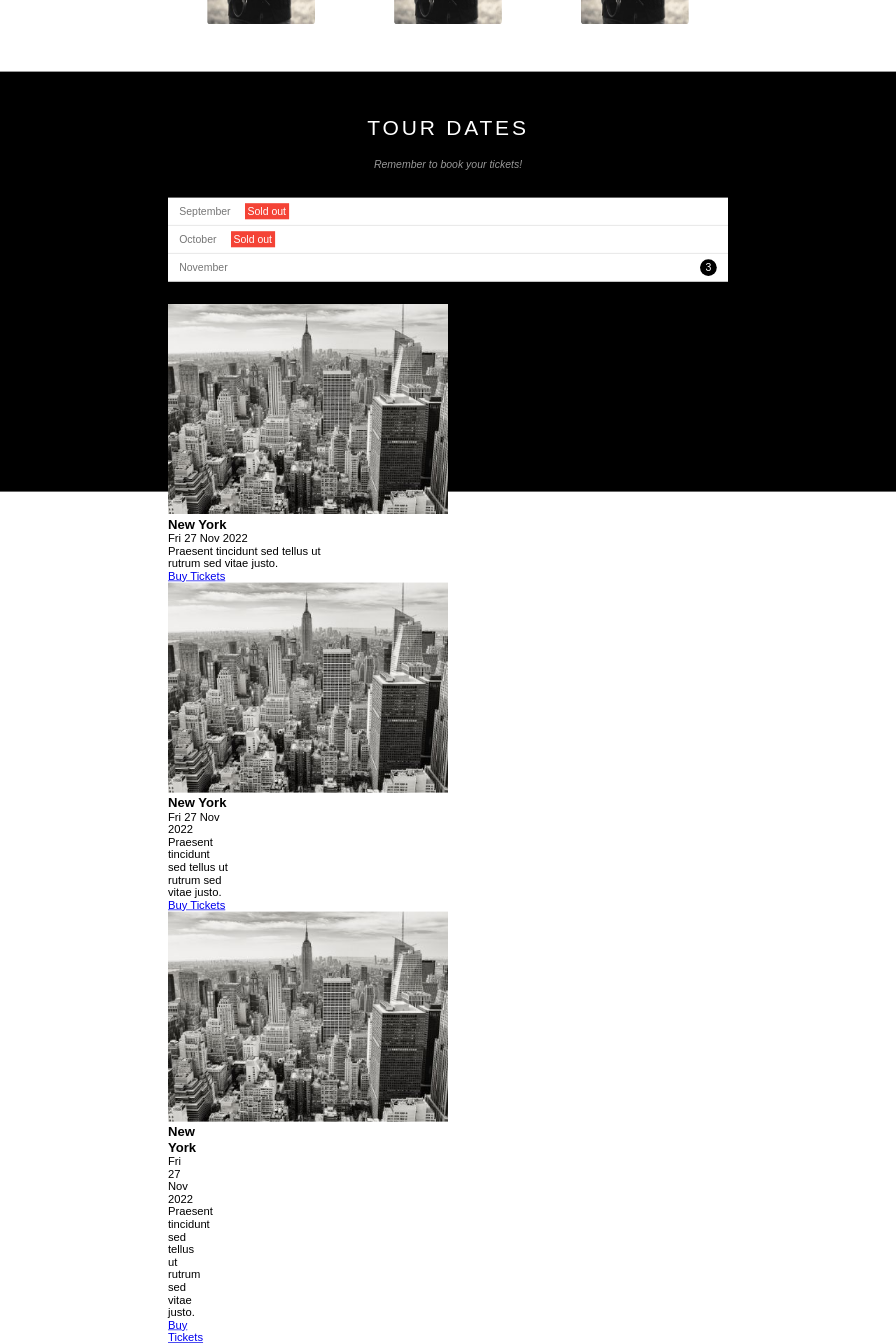
Repository: Thanhtrunghoang123/the-band
Page: index.html
An editor plug-in stored every save of this project. The page is shown before and after the next save, followed by the edit.
The browser window is 1280 px wide. The pictures show the part of the page from y = 1176 to 3096 px (the page is 3096 px tall before and 3018 px after), at 70% of full size.

Above is the page before, as saved 2022-07-21 07:52:26.

### index.html
<!DOCTYPE html>
<html lang="en">
<head>
    <meta charset="UTF-8">
    <meta http-equiv="X-UA-Compatible" content="IE=edge">
    <meta name="viewport" content="width=device-width, initial-scale=1.0">
    <title>Document</title>
    <link rel="stylesheet" href="./assest/css/style.css">
    <link rel="stylesheet" href="./assest/fonts/themify-icons/themify-icons.css">



</head>
<body>
    <div id="main">
        <div id="header">
            <!-- Begin: Nav -->
            <ul id="nav">
                <li><a href="">Home</a></li>
                <li><a href="">Band</a></li>
                <li><a href="">Tour</a></li>
                <li><a href="">Contact</a></li>
                <li>
                    <a href="">
                        More
                        <i class=" nav-arrow-down ti-angle-down"></i>

                    </a>
                    <ul class="subnav">
                        <li><a href="">Merchandise</a></li>
                        <li><a href="">Extras</a></li>
                        <li><a href="">Media</a></li>
                    </ul>
                </li>
            </ul>
            <!-- End: Nav -->

            <!-- Begin: Search button -->
            <div class="search-btn">
                <i class=" search-icon ti-search"></i>
            </div>
            <!-- End: Search button -->



        </div>

        <div id="slider">
            <div class="text-content">
                <h2 class="text-heading">Chicago</h2>
                <div class="text-description">Thank you, Chicago - A night we won't forget.</div>

            </div>
        </div>

        <div id="content">
            <!-- About section -->
            <div class="content-section">
                <h2 class="section-heading">THE BAND</h2>
                <p class="section-sub-heading">We love music</p>
                <p class="about-text">We have created a fictional band website. Lorem ipsum dolor sit amet, consectetur adipiscing elit, sed do eiusmod tempor incididunt ut labore et dolore magna aliqua. Ut enim ad minim veniam, quis nostrud exercitation ullamco laboris nisi ut aliquip ex ea commodo consequat. Duis aute irure dolor in reprehenderit in voluptate velit esse cillum dolore eu fugiat nulla pariatur. Excepteur sint occaecat cupidatat non proident, sunt in culpa qui officia deserunt mollit anim id est laborum consectetur adipiscing elit, sed do eiusmod tempor incididunt ut labore et dolore magna aliqua. Ut enim ad minim veniam, quis nostrud exercitation ullamco laboris nisi ut aliquip ex ea commodo consequat.</p>
                <div class="members-list">
                    <div class="member-item">
                        <p class="member-name">Name</p>
                        <img src="./assest/img/band/member1.jpg" alt="Name" class="member-img">
                    </div>
                    <div class="member-item">
                        <p class="member-name">Name</p>
                        <img src="./assest/img/band/member1.jpg" alt="Name" class="member-img">
                    </div>
                    <div class="member-item">
                        <p class="member-name">Name</p>
                        <img src="./assest/img/band/member1.jpg" alt="Name" class="member-img">
                    </div>
                    <div class="clear"></div>
                </div>
            </div>
            <!-- Tour section -->
            <div class="tour-section">
                <div class="content-section">
                    <h2 class="section-heading text-white">TOUR DATES</h2>
                    <p class="section-sub-heading text-white">Remember to book your tickets!</p>

                    <!-- Tickets  -->
                    <ul class="tickets-list">
                        <li>September <span class="sold-out">Sold out</span></li>
                        <li>October <span class="sold-out">Sold out</span></li>
                        <li>November <span class="quantity">3</span></li>
                    </ul>

                    <!-- Places -->
                    <div class="placea-list">
                        <div class="place-item">
                            <img src="./assest/img/places/place1.jpg" alt="" class="place-img">
                            <div class="place-body">
                                <h3 class="place-heading">New York</h3>
                                <p class="-place-time">Fri 27 Nov 2022</p>
                                <p class="place-desc">Praesent tincidunt sed tellus ut rutrum sed vitae justo.</p>
                                <a href="#" class="place-buy-btn">Buy Tickets</a>
                            </div>

                            <div class="place-item">
                                <img src="./assest/img/places/place1.jpg" alt="" class="place-img">
                                <div class="place-body">
                                    <h3 class="place-heading">New York</h3>
                                    <p class="-place-time">Fri 27 Nov 2022</p>
                                    <p class="place-desc">Praesent tincidunt sed tellus ut rutrum sed vitae justo.</p>
                                    <a href="#" class="place-buy-btn">Buy Tickets</a>
                                </div>

                                <div class="place-item">
                                    <img src="./assest/img/places/place1.jpg" alt="" class="place-img">
                                    <div class="place-body">
                                        <h3 class="place-heading">New York</h3>
                                        <p class="-place-time">Fri 27 Nov 2022</p>
                                        <p class="place-desc">Praesent tincidunt sed tellus ut rutrum sed vitae justo.</p>
                                        <a href="#" class="place-buy-btn">Buy Tickets</a>
                                    </div>
                    </div>
                </div>
            </div>
            <!-- Contact section -->
            <div class="content-section">
                <h2 class="section-heading">CONTACT</h2>
                <p class="section-sub-heading">Fan? Drop a note!</p>
            </div>
            <!-- Contact section -->

        </div>

        <div id="footer">

        </div>
    </div>
</body>
</html>

### assest/css/style.css
*{
    margin: 0;
    padding: 0;
    box-sizing: border-box;
}

html{
    font-family: Arial, Helvetica, sans-serif;
}
.text-white{
    color: #fff !important;
}
.clear{
    clear: both;
}
#main{

}

#header{
    height: 46.5px;
    background-color: #000;
    position: fixed;
    top: 0;
    left: 0;
    right: 0;
    z-index: 1;
}
#nav {
    display: inline-block;
}
#nav , .subnav{
    list-style: none;
}
#nav > li{
    display: inline-block;
}

#nav li{
    position: relative;
}

#nav > li > a {
    color: #fff;
    text-transform: uppercase;
}
#nav li a{
    text-decoration: none;
    line-height: 46.5px;
    padding: 0px 24px;
    display: block;
}

#nav li:hover .subnav{
    display: block;
}
#nav > li:hover > a,
#nav .subnav li:hover a{
    color: #000;
    background-color: #ccc;
}

#nav .subnav{
    display: none;
    position: absolute;
    top: 100%;
    background-color: #fff;
    box-shadow: 0 0 10px rgba(0 , 0 , 0 ,0.3);
}
#nav .subnav a{
    color: #000;
    min-width: 160px;
    padding:  0px 12px;
    line-height: 38.5px;
}
#nav .nav-arrow-down{
    font-size: 14px;
}
#header .search-btn{
    float:right;
    padding: 0 21px;
}
#header .search-btn:hover {
    background-color: #f44336;
    cursor: pointer;
}
#header .search-icon {
    color: #fff;
    font-size: 20px;
    line-height: 46px;
}
#slider{
    position: relative;
    margin-top: 46px;
    padding-top:50%;
    background: url(/assest/img/slider/chicago.jpg) top center /cover no-repeat;
}

#slider .text-content{
    position: absolute;
    bottom: 0;
    color: #fff;
    /* cách căn giữa 1 */
    /* left: 50%;
    transform: translateX(-50%); */
    /* Cách căn giữa 2 */
    width: 100%;
    text-align: center;
}

#slider .text-heading{
    font-weight: 500 ;
    font-size: 24px;
}

#slider .text-description{
    font-size: 15px;
    margin-top: 25px;
}

#content{

}

#content .content-section{
    width: 800px;
    margin-left: auto;
    margin-right: auto;
    padding: 64px 0;
}

#content .section-heading{
    font-size: 30px;
    font-weight: 500;
    text-align: center;
    letter-spacing:  4px;
}

#content .section-sub-heading{
    font-size: 15px;
    text-align: center;
    margin-top: 25px;
    font-style: italic;
    opacity: 0.6;

}

#content .about-text{
    font-size: 15px;
    margin-top: 25px;
    text-align: justify;
    line-height: 1.4;

}

#content .members-list{
    margin-top: 47px;
    /* display: flex; */
    overflow: hidden;
}

#content .member-item{
    float: left;
    /* /* margin: auto; */
    width: calc(100%/3);
    text-align: center;

}

#content .member-name{
    font-size: 15px;
}

#content .member-img{
    width: 154px;
    margin-top: 15px;
    border-radius: 4px;
}
/* Tour section  */
.tour-section{
    background-color: #000;
}

.tickets-list{
    background-color: #fff;
    margin-top: 40px;
}

.tickets-list li {
    color: #757575;
    font-size: 15px;
    padding: 11px 16px;
    border-bottom: 1px solid #ddd;
    list-style: none;
}

.tickets-list .sold-out{
    background-color: #f44336;
    color: #fff ;
    padding: 3px 4px;
    margin-left: 16px;
}

.tickets-list .quantity{
    float: right;
    width: 24px;
    height: 24px;
    background-color: #000;
    color: #fff;
    border-radius: 50%;
    text-align: center;
    line-height: 24px;
    margin-top: -3px;

}
/* Places */
.placea-list{
    margin-top: 32px;
}

.place-item{
    float: left;
    width: calc(100%/3);
}

.place-img{

}

.place-body{

}

.place-heading{

}

.place-time{

}

.place-desc{

}

.place-buy-btn{

}

#footer{

}

Loaded but not shown: assest/fonts/themify-icons/themify-icons.css (common file)

After the next save:
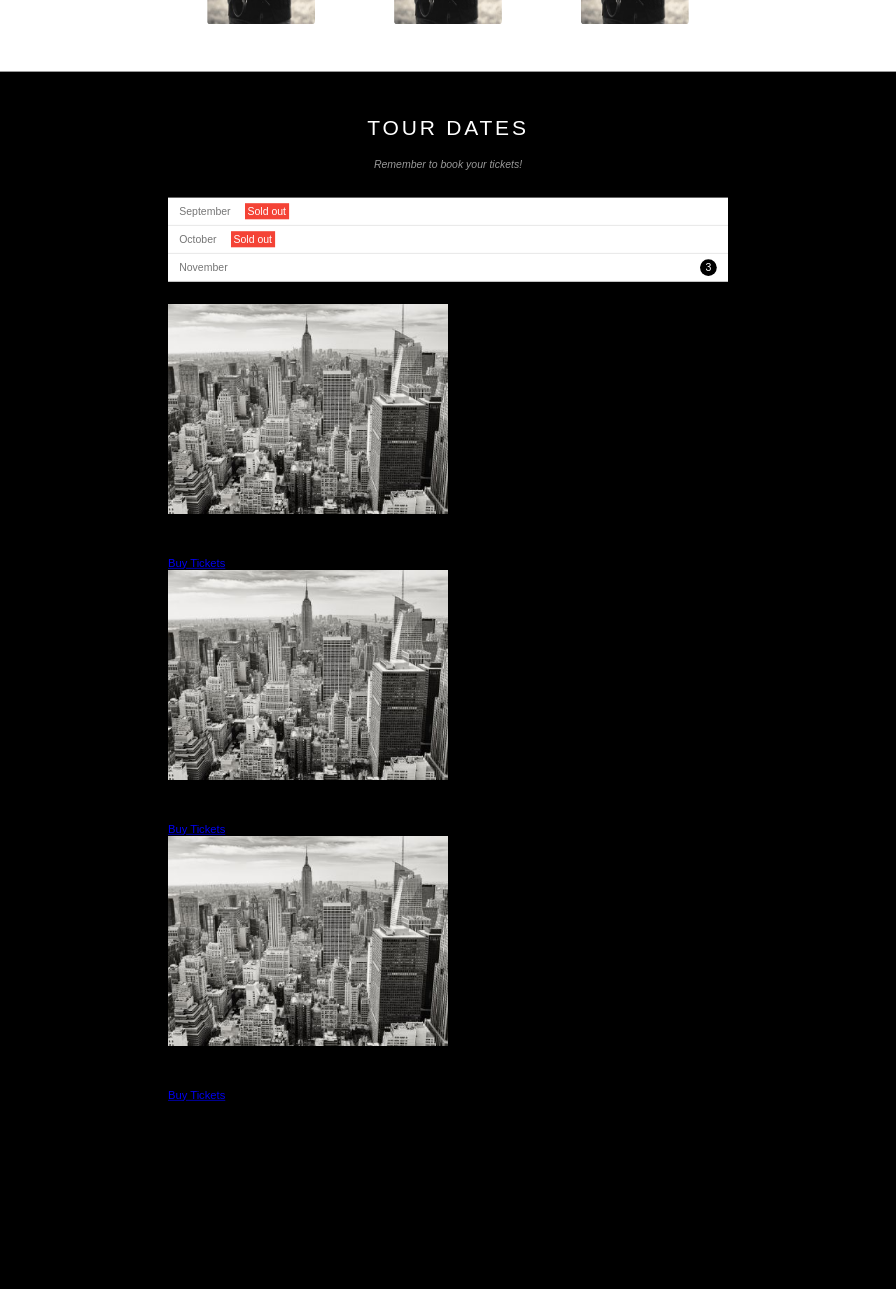
Saved 67 s later.
--- a/assest/css/style.css
+++ b/assest/css/style.css
@@ -219,8 +219,8 @@
 }
 
 .place-item{
-    float: left;
-    width: calc(100%/3);
+    /* float: left;
+    width: calc(100%/3); */
 }
 
 .place-img{

After the save that followed:
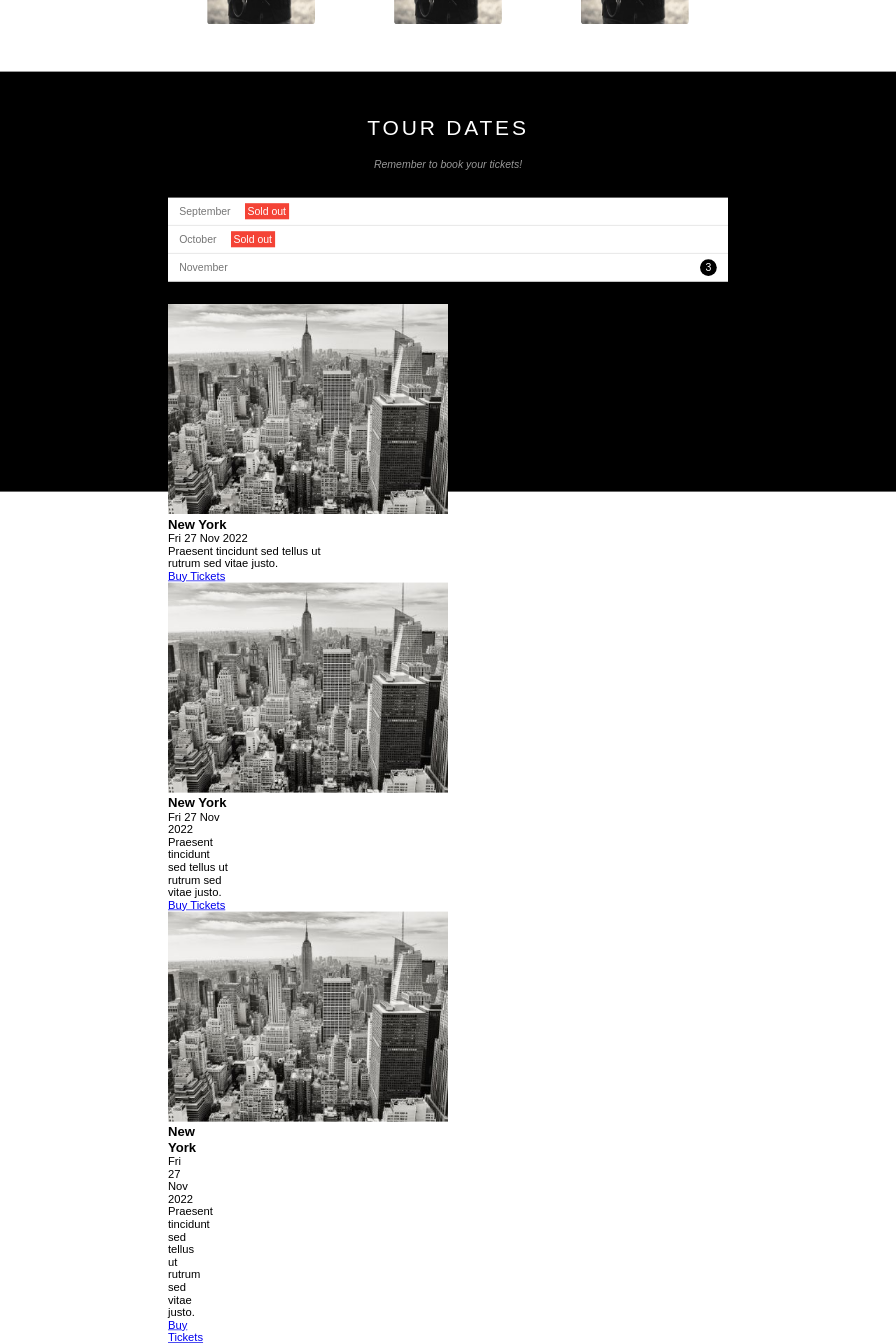
Saved 23 s later.
--- a/assest/css/style.css
+++ b/assest/css/style.css
@@ -219,8 +219,8 @@
 }
 
 .place-item{
-    /* float: left;
-    width: calc(100%/3); */
+    float: left;
+     width: calc(100%/3);
 }
 
 .place-img{
